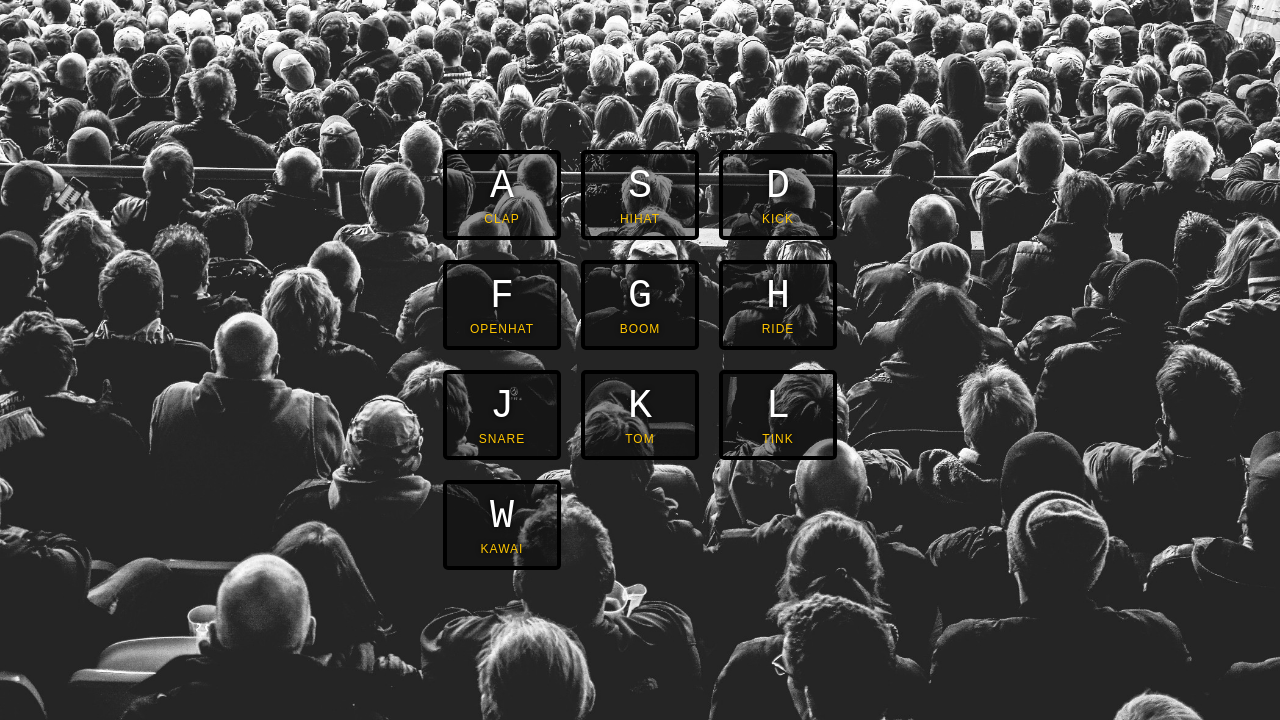
Repository: Freezler/drumkitJS
Page: index-START.html
An editor plug-in stored every save of this project. The page is shown before and after the next save, followed by the edit.
The browser window is 1280 px wide. The pictures show the whole page.

Above is the page before, as saved 2024-08-23 00:12:36.

### index-START.html
<!DOCTYPE html>
<html lang="en">

<head>
  <meta charset="UTF-8">
  <title>JS Drum Kit</title>
  <link rel="stylesheet" href="style.css">
  <link rel="icon" href="https://fav.farm/🔥" />
</head>

<body>

  <main>
    <div class="keys">
      <div data-key="65" class="key">
        <kbd>A</kbd>
        <span class="sound">clap</span>
      </div>
      <div data-key="83" class="key">
        <kbd>S</kbd>
        <span class="sound">hihat</span>
      </div>
      <div data-key="68" class="key">
        <kbd>D</kbd>
        <span class="sound">kick</span>
      </div>
      <div data-key="70" class="key">
        <kbd>F</kbd>
        <span class="sound">openhat</span>
      </div>
      <div data-key="71" class="key">
        <kbd>G</kbd>
        <span class="sound">boom</span>
      </div>
      <div data-key="72" class="key">
        <kbd>H</kbd>
        <span class="sound">ride</span>
      </div>
      <div data-key="74" class="key">
        <kbd>J</kbd>
        <span class="sound">snare</span>
      </div>
      <div data-key="75" class="key">
        <kbd>K</kbd>
        <span class="sound">tom</span>
      </div>
      <div data-key="76" class="key">
        <kbd>L</kbd>
        <span class="sound">tink</span>
      </div>
      <div data-key="87" class="key">
        <kbd>W</kbd>
        <span class="sound">kawai</span>
      </div>
    </div>
  </main>

  <audio data-key="65" src="sounds/clap.wav"></audio>
  <audio data-key="83" src="sounds/hihat.wav"></audio>
  <audio data-key="68" src="sounds/kick.wav"></audio>
  <audio data-key="70" src="sounds/openhat.wav"></audio>
  <audio data-key="71" src="sounds/boom.wav"></audio>
  <audio data-key="72" src="sounds/ride.wav"></audio>
  <audio data-key="74" src="sounds/snare.wav"></audio>
  <audio data-key="75" src="sounds/tom.wav"></audio>
  <audio data-key="76" src="sounds/tink.wav"></audio>
  <audio data-key="87" src="sounds/kawai.wav"></audio>


  <script>

    window.addEventListener('keydown', function (e) {
      const audio = document.querySelector(`audio[data-key="${e.keyCode}"]`);
      const key = document.querySelector(`.key[data-key="${e.keyCode}"]`);
      key.classList.add('playing');
      if (!audio) return;
      audio.currentTime = 0;
      audio.play();

      function removeTransition(e) {
        if (e.propertyName !== 'transform') return;
        this.classList.remove('playing');
      }
      const keys = document.querySelectorAll('.key');
      keys.forEach(key => key.addEventListener('transitionend', removeTransition));

    });
  </script>


</body>

</html>

### style.css
html {
  font-size: 10px;
  background: url('./background.jpg') bottom center;
  background-size: cover;
  background-repeat: no-repeat;
  height: 100vh;
}

body,
html {
  margin: 0;
  padding: 0;
  font-family: sans-serif;
}

main {
  width: 100vw;
  height: 100vh;
  display: grid;
  place-items: center;
  grid-template-columns: repeat(3, 1fr);
  grid-template-rows: repeat(3, 1fr);
  grid-template-areas:
    ". . ."
    ". . ."
    ". . .";
}

.keys {

  grid-area: 2 / 2 / 3 / 3;
  display: grid;
  grid-template-columns: repeat(3, 1fr);
  grid-template-rows: repeat(3, 1fr);
  grid-template-areas:
    ". . ."
    ". . ."
    ". . .";


}

.key {
  border: .4rem solid black;
  border-radius: .5rem;
  margin: 1rem;
  font-size: 1.5rem;
  padding: 1rem .5rem;
  transition: all .07s ease;
  width: 10rem;
  text-align: center;
  color: white;
  background: rgba(0, 0, 0, 0.4);
  text-shadow: 0 0 .5rem black;

}

.key[data-key="87"] {
  place-self: center;
}

.playing {
  transform: scale(1.1);
  border-color: #ffc600;
  box-shadow: 0 0 1rem #ffc600;
}

kbd {
  display: block;
  font-size: 4rem;
}

.sound {
  font-size: 1.2rem;
  text-transform: uppercase;
  letter-spacing: .1rem;
  color: #ffc600;
}

After the next save:
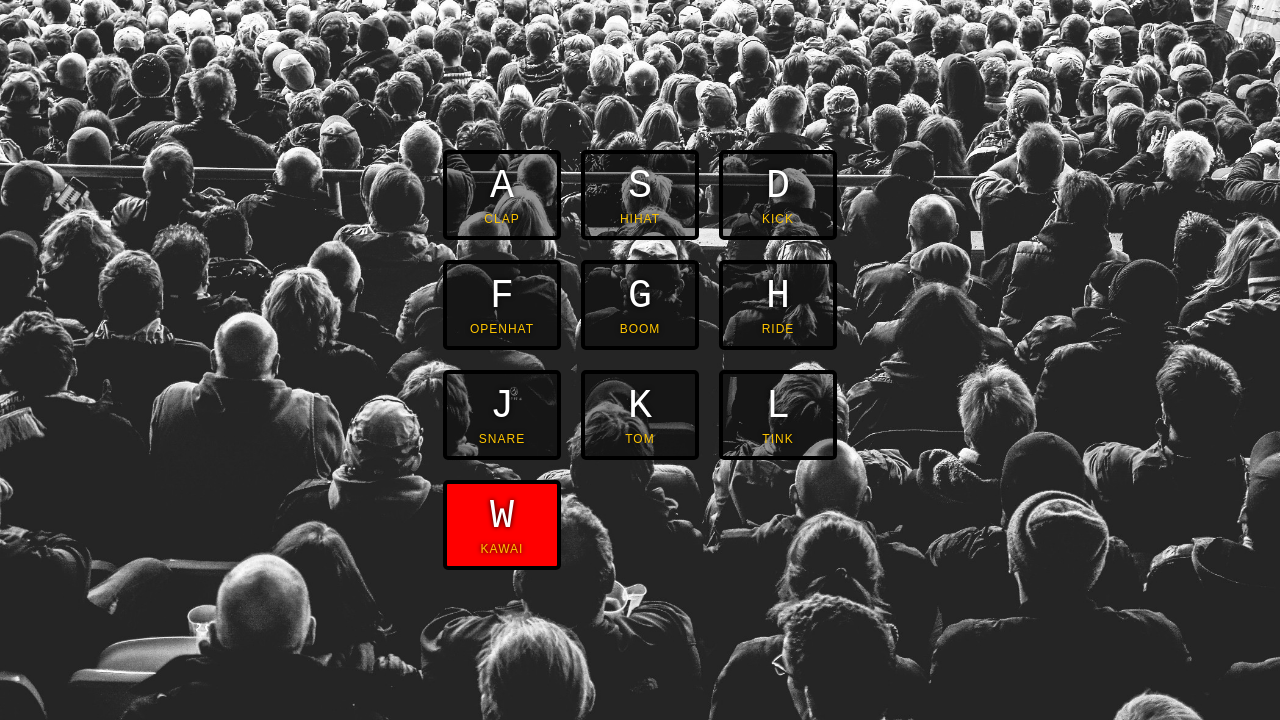
Saved 14 s later.
--- a/style.css
+++ b/style.css
@@ -56,7 +56,7 @@ main {
 }
 
 .key[data-key="87"] {
-  place-self: center;
+  background: red;
 }
 
 .playing {
